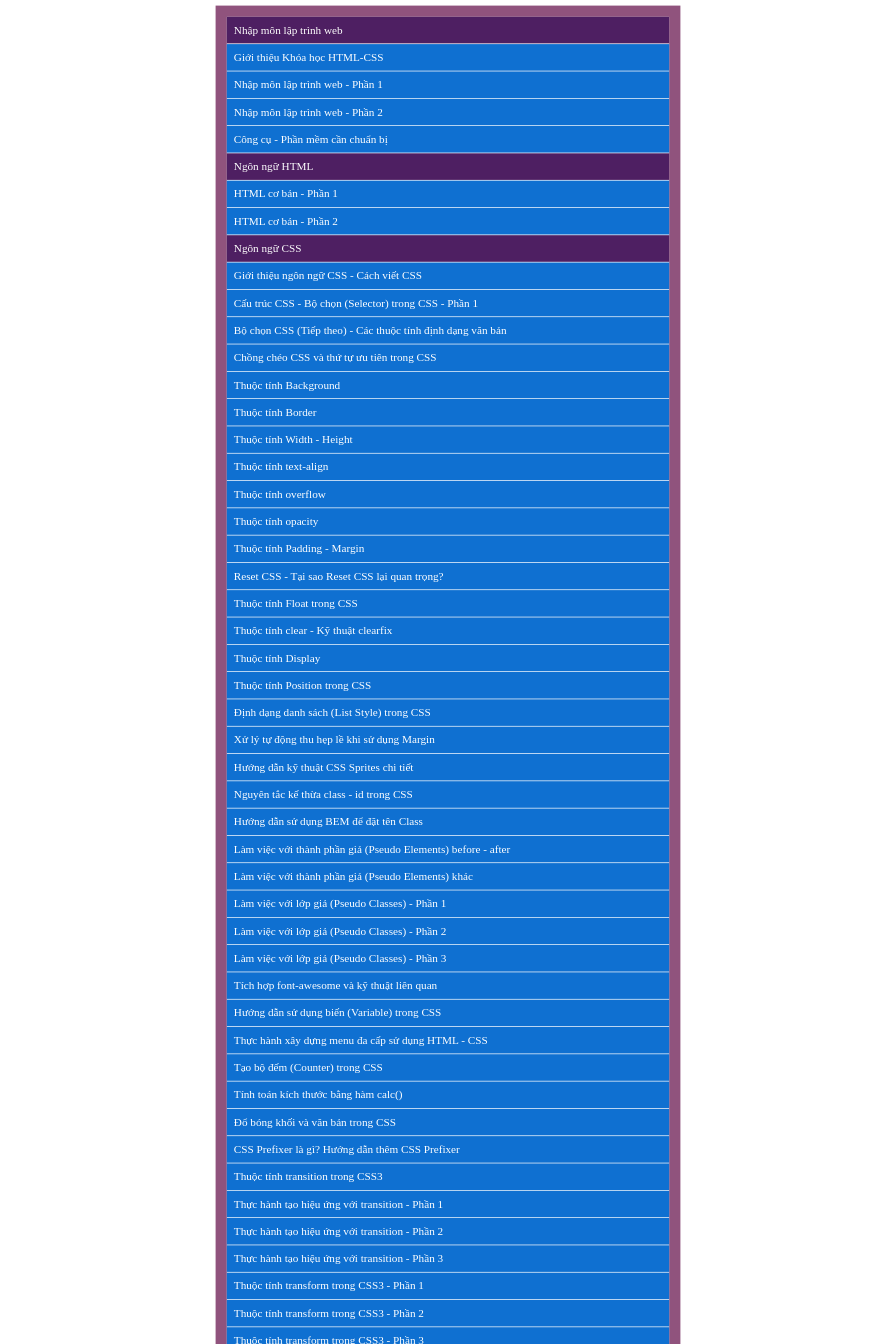
Repository: Dongnguyen318/Quydong
Page: Day 29/index.html
These files come from the project's save history. The page is drawn as it stood at one moment and after the next save; the edit follows.
The browser window is 1280 px wide. The pictures show the part of the page from y = 0 to 1920 px (the page is 4650 px tall), at 70% of full size.

Above is the page before, as saved 2023-10-01 00:54:23.

### Day 29/index.html
<!DOCTYPE html>
<html>
  <head>
    <link rel="stylesheet" href="./css.css" />
  </head>
  <body>
    <div class="list-hidden"></div>
    <div id="dragList" class="list">
      <div class="active list-item" draggable="true">
        Nhập môn lập trình web
      </div>
      <div class="list-item" draggable="true">Giới thiệu Khóa học HTML-CSS</div>
      <div class="list-item" draggable="true">
        Nhập môn lập trình web - Phần 1
      </div>
      <div class="list-item" draggable="true">
        Nhập môn lập trình web - Phần 2
      </div>
      <div class="list-item" draggable="true">
        Công cụ - Phần mềm cần chuẩn bị
      </div>
      <div class="active list-item" draggable="true">Ngôn ngữ HTML</div>
      <div class="list-item" draggable="true">HTML cơ bản - Phần 1</div>
      <div class="list-item" draggable="true">HTML cơ bản - Phần 2</div>
      <div class="active list-item" draggable="true">Ngôn ngữ CSS</div>
      <div class="list-item" draggable="true">
        Giới thiệu ngôn ngữ CSS - Cách viết CSS
      </div>
      <div class="list-item" draggable="true">
        Cấu trúc CSS - Bộ chọn (Selector) trong CSS - Phần 1
      </div>
      <div class="list-item" draggable="true">
        Bộ chọn CSS (Tiếp theo) - Các thuộc tính định dạng văn bản
      </div>
      <div class="list-item" draggable="true">
        Chồng chéo CSS và thứ tự ưu tiên trong CSS
      </div>
      <div class="list-item" draggable="true">Thuộc tính Background</div>
      <div class="list-item" draggable="true">Thuộc tính Border</div>
      <div class="list-item" draggable="true">Thuộc tính Width - Height</div>
      <div class="list-item" draggable="true">Thuộc tính text-align</div>
      <div class="list-item" draggable="true">Thuộc tính overflow</div>
      <div class="list-item" draggable="true">Thuộc tính opacity</div>
      <div class="list-item" draggable="true">Thuộc tính Padding - Margin</div>
      <div class="list-item" draggable="true">
        Reset CSS - Tại sao Reset CSS lại quan trọng?
      </div>
      <div class="list-item" draggable="true">Thuộc tính Float trong CSS</div>
      <div class="list-item" draggable="true">
        Thuộc tính clear - Kỹ thuật clearfix
      </div>
      <div class="list-item" draggable="true">Thuộc tính Display</div>
      <div class="list-item" draggable="true">
        Thuộc tính Position trong CSS
      </div>
      <div class="list-item" draggable="true">
        Định dạng danh sách (List Style) trong CSS
      </div>
      <div class="list-item" draggable="true">
        Xử lý tự động thu hẹp lề khi sử dụng Margin
      </div>
      <div class="list-item" draggable="true">
        Hướng dẫn kỹ thuật CSS Sprites chi tiết
      </div>
      <div class="list-item" draggable="true">
        Nguyên tắc kế thừa class - id trong CSS
      </div>
      <div class="list-item" draggable="true">
        Hướng dẫn sử dụng BEM để đặt tên Class
      </div>
      <div class="list-item" draggable="true">
        Làm việc với thành phần giả (Pseudo Elements) before - after
      </div>
      <div class="list-item" draggable="true">
        Làm việc với thành phần giả (Pseudo Elements) khác
      </div>
      <div class="list-item" draggable="true">
        Làm việc với lớp giả (Pseudo Classes) - Phần 1
      </div>
      <div class="list-item" draggable="true">
        Làm việc với lớp giả (Pseudo Classes) - Phần 2
      </div>
      <div class="list-item" draggable="true">
        Làm việc với lớp giả (Pseudo Classes) - Phần 3
      </div>
      <div class="list-item" draggable="true">
        Tích hợp font-awesome và kỹ thuật liên quan
      </div>
      <div class="list-item" draggable="true">
        Hướng dẫn sử dụng biến (Variable) trong CSS
      </div>
      <div class="list-item" draggable="true">
        Thực hành xây dựng menu đa cấp sử dụng HTML - CSS
      </div>
      <div class="list-item" draggable="true">
        Tạo bộ đếm (Counter) trong CSS
      </div>
      <div class="list-item" draggable="true">
        Tính toán kích thước bằng hàm calc()
      </div>
      <div class="list-item" draggable="true">
        Đổ bóng khối và văn bản trong CSS
      </div>
      <div class="list-item" draggable="true">
        CSS Prefixer là gì? Hướng dẫn thêm CSS Prefixer
      </div>
      <div class="list-item" draggable="true">
        Thuộc tính transition trong CSS3
      </div>
      <div class="list-item" draggable="true">
        Thực hành tạo hiệu ứng với transition - Phần 1
      </div>
      <div class="list-item" draggable="true">
        Thực hành tạo hiệu ứng với transition - Phần 2
      </div>
      <div class="list-item" draggable="true">
        Thực hành tạo hiệu ứng với transition - Phần 3
      </div>
      <div class="list-item" draggable="true">
        Thuộc tính transform trong CSS3 - Phần 1
      </div>
      <div class="list-item" draggable="true">
        Thuộc tính transform trong CSS3 - Phần 2
      </div>
      <div class="list-item" draggable="true">
        Thuộc tính transform trong CSS3 - Phần 3
      </div>
      <div class="list-item" draggable="true">
        Background Gradient trong CSS3
      </div>
      <div class="list-item" draggable="true">
        Kỹ thuật làm việc với flexbox - Phần 1
      </div>
      <div class="list-item" draggable="true">
        Kỹ thuật làm việc với flexbox - Phần 2
      </div>
      <div class="list-item" draggable="true">
        Kỹ thuật làm việc với flexbox - Phần 3
      </div>
      <div class="list-item" draggable="true">
        Thực hành với flexbox - Phần 1
      </div>
      <div class="list-item" draggable="true">
        Thực hành với flexbox - Phần 2
      </div>
      <div class="list-item" draggable="true">
        Kỹ thuật dựng layout với Grid CSS3
      </div>
      <div class="list-item" draggable="true">
        Tạo hiệu ứng với Animate trong CSS3
      </div>
      <div class="list-item" draggable="true">
        Thực hành tạo hiệu ứng với Animation trong CSS3 - Phần 1
      </div>
      <div class="list-item" draggable="true">
        Thực hành tạo hiệu ứng với Animation trong CSS3 - Phần 2
      </div>
      <div class="list-item" draggable="true">
        Tích hợp và sử dụng thư viện animate.css để tạo hiệu ứng
      </div>
      <div class="list-item" draggable="true">
        Tự xây dựng Grid System để dựng layout với CSS - Phần 1
      </div>
      <div class="list-item" draggable="true">
        Tự xây dựng Grid System để dựng layout với CSS - Phần 2
      </div>
      <div class="active list-item" draggable="true">Responsive Web Design</div>
      <div class="list-item" draggable="true">
        Tổng quan về Responsive Web Design
      </div>
      <div class="list-item" draggable="true">
        Hướng dẫn code Media Queries CSS3
      </div>
      <div class="list-item" draggable="true">
        Tối ưu Responsive Grid System - Phần 1
      </div>
      <div class="list-item" draggable="true">
        Tối ưu Responsive Grid System - Phần 2
      </div>
      <div class="list-item" draggable="true">
        Xây dựng menu responsive chỉ với CSS
      </div>
      <div class="active list-item" draggable="true">
        Xây dựng dự án Nature từ A - Z
      </div>
      <div class="list-item" draggable="true">
        Tổng quan và hướng dẫn xây dựng dự án
      </div>
      <div class="list-item" draggable="true">
        Phân tích và tạo cấu trúc files, folder
      </div>
      <div class="list-item" draggable="true">
        Cài đặt công cụ - Thiết lập load file header - footer
      </div>
      <div class="list-item" draggable="true">
        Thiết lập định dạng chung cho file reset.css - base.css
      </div>
      <div class="list-item" draggable="true">Xây dựng Header - Phần 1</div>
      <div class="list-item" draggable="true">Xây dựng Header - Phần 2</div>
      <div class="list-item" draggable="true">Xây dựng Header - Phần 3</div>
      <div class="list-item" draggable="true">HomePage - Xây dựng Slider</div>
      <div class="list-item" draggable="true">
        HomePage - Xây dựng Service Section
      </div>
      <div class="list-item" draggable="true">
        HomePage - Xây dựng Gallery Ảnh
      </div>
      <div class="list-item" draggable="true">
        HomePage - Xây dựng Product Box - Phần 1
      </div>
      <div class="list-item" draggable="true">
        HomePage - Xây dựng Product Box - Phần 2
      </div>
      <div class="list-item" draggable="true">
        HomePage - Xây dựng Product Box - Phần 3
      </div>
      <div class="list-item" draggable="true">
        HomePage - Xây dựng Product Box - Phần 4
      </div>
      <div class="list-item" draggable="true">
        HomePage - Xây dựng Testimonials Box
      </div>
      <div class="list-item" draggable="true">
        HomePage - Xây dựng Support Box
      </div>
      <div class="list-item" draggable="true">HomePage - Xây dựng News Box</div>
      <div class="list-item" draggable="true">
        HomePage - Xây dựng Brand Box
      </div>
      <div class="list-item" draggable="true">Xây dựng Footer - Phần 1</div>
      <div class="list-item" draggable="true">Xây dựng Footer - Phần 2</div>
      <div class="list-item" draggable="true">
        Xây dựng nút Back To Top Animate
      </div>
      <div class="list-item" draggable="true">
        HomePage - Tối ưu Responsive - Phần 1
      </div>
      <div class="list-item" draggable="true">
        HomePage - Tối ưu Responsive - Phần 2
      </div>
      <div class="list-item" draggable="true">
        HomePage - Tối ưu Responsive - Phần 3
      </div>
      <div class="list-item" draggable="true">
        Category Page - Xây dựng Breadcrumbs
      </div>
      <div class="list-item" draggable="true">
        Category Page - Xây dựng Sidebar - Phần 1
      </div>
      <div class="list-item" draggable="true">
        Category Page - Xây dựng Sidebar - Phần 2
      </div>
      <div class="list-item" draggable="true">
        Category Page - Xây dựng Sidebar - Phần 3
      </div>
      <div class="list-item" draggable="true">
        Category Page - Xây dựng Product Filters
      </div>
      <div class="list-item" draggable="true">
        Category Page - Xây dựng Product Box và Phân trang
      </div>
      <div class="list-item" draggable="true">
        Category Page - Tối ưu Responsive
      </div>
      <div class="list-item" draggable="true">Product Detail Page - Phần 1</div>
      <div class="list-item" draggable="true">Product Detail Page - Phần 2</div>
      <div class="list-item" draggable="true">Product Detail Page - Phần 3</div>
      <div class="list-item" draggable="true">Product Detail Page - Phần 4</div>
      <div class="list-item" draggable="true">Product Detail Page - Phần 5</div>
      <div class="list-item" draggable="true">Product Detail Page - Phần 6</div>
      <div class="list-item" draggable="true">
        Product Detail Page - Tối ưu Responsive
      </div>
      <div class="list-item" draggable="true">
        Tối ưu và hoàn thiện dự án Nature
      </div>
      <div class="list-item" draggable="true">
        Thử thách - Hiểu rõ hơn công việc cắt PSD sang HTML-CSS
      </div>
      <div class="active list-item" draggable="true">
        Deployment Github - Server
      </div>
      <div class="list-item" draggable="true">Tổng quan về GIT - GitHub</div>
      <div class="list-item" draggable="true">
        Hướng dẫn đăng ký tài khoản GitHub
      </div>
      <div class="list-item" draggable="true">
        Tạo Repository và Push code lên GitHub
      </div>
      <div class="list-item" draggable="true">
        Tạo GitHub Pages và xuất bản website
      </div>
      <div class="list-item" draggable="true">
        Cập nhật chỉnh sửa lên GitHub
      </div>
      <div class="list-item" draggable="true">
        Thêm tên miền riêng cho GitHub Pages
      </div>
      <div class="list-item" draggable="true">
        Trỏ tên miền qua Cloudflare và kích hoạt HTTPS
      </div>
      <div class="list-item" draggable="true">Thêm Favicon cho website</div>
    </div>

    <script src="./js.js"></script>
  </body>
</html>

### Day 29/css.css
.list {
  list-style: none;
  padding: 0;
  width: 50%;
  margin: auto;
  border: 1rem solid #90537d;
  color: white;
}

.list-item {
  background-color: #0f70d1;
  padding: 10px;
  margin-bottom: 1px;
  cursor: move;
}
.active.list-item {
  background-color: #4e1f62;
}

### Day 29/js.js
const dragList = document.getElementById("dragList");
let draggedItem = null;

// Add event listeners for drag and drop events
dragList.addEventListener("dragstart", handleDragStart);
dragList.addEventListener("dragover", handleDragOver);
dragList.addEventListener("drop", handleDrop);

// Drag start event handler
function handleDragStart(event) {
  draggedItem = event.target;
  event.dataTransfer.effectAllowed = "move";
  event.dataTransfer.setData("text/html", draggedItem.innerHTML);
  event.target.style.opacity = "0.5";
}

// Drag over event handler
function handleDragOver(event) {
  event.preventDefault();
  event.dataTransfer.dropEffect = "move";
  const targetItem = event.target;
  if (
    targetItem !== draggedItem &&
    targetItem.classList.contains("list-item")
  ) {
    const boundingRect = targetItem.getBoundingClientRect();
    const offset = boundingRect.y + boundingRect.height / 2;

    if (
      targetItem !== draggedItem &&
      targetItem.classList.contains("list-item")
    ) {
      if (
        event.clientY >
        targetItem.getBoundingClientRect().top + targetItem.offsetHeight / 2
      ) {
        targetItem.parentNode.insertBefore(draggedItem, targetItem.nextSibling);
      } else {
        targetItem.parentNode.insertBefore(draggedItem, targetItem);
      }
    }
  }
}

// Drop event handler
function handleDrop(event) {
  event.preventDefault();
  const targetItem = event.target;
  if (
    targetItem !== draggedItem &&
    targetItem.classList.contains("list-item")
  ) {
    if (
      event.clientY >
      targetItem.getBoundingClientRect().top + targetItem.offsetHeight / 2
    ) {
      targetItem.parentNode.insertBefore(draggedItem, targetItem.nextSibling);
    } else {
      targetItem.parentNode.insertBefore(draggedItem, targetItem);
    }
  }
  targetItem.style.borderTop = "";
  targetItem.style.borderBottom = "";
  draggedItem.style.opacity = "";
  draggedItem = null;
  autoIndex(false);
}

After the next save:
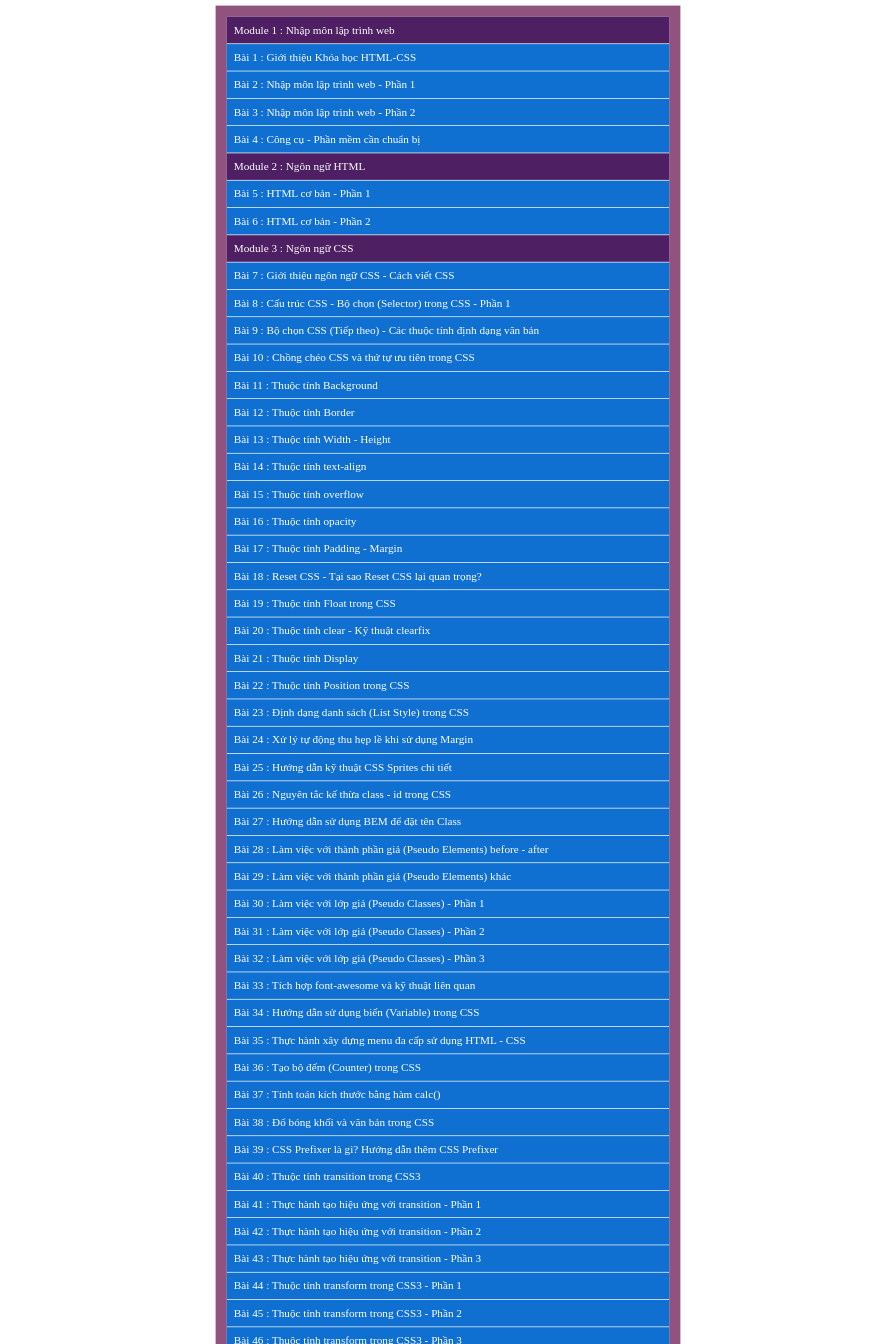
Saved 18 s later.
--- a/Day 29/js.js
+++ b/Day 29/js.js
@@ -65,3 +65,26 @@ function handleDrop(event) {
   draggedItem = null;
   autoIndex(false);
 }
+const autoIndex = function (isFirstLoad) {
+  //auto index for all module
+  const modules = [...document.querySelectorAll(".list-item.active")];
+  modules.forEach((module, index) => {
+    if (isFirstLoad) {
+      module.innerHTML = `Module <span>${index + 1}</span>  : ${
+        module.innerText
+      }`;
+    } else {
+      module.children[0].innerText = index + 1;
+    }
+  });
+  //auto index for all list-item not index
+  const items = [...document.querySelectorAll(".list-item:not(.active)")];
+  items.forEach((item, index) => {
+    if (isFirstLoad) {
+      item.innerHTML = `Bài <span>${index + 1}</span> : ${item.innerText} `;
+    } else {
+      item.children[0].innerText = index + 1;
+    }
+  });
+};
+autoIndex(true);

After the save that followed:
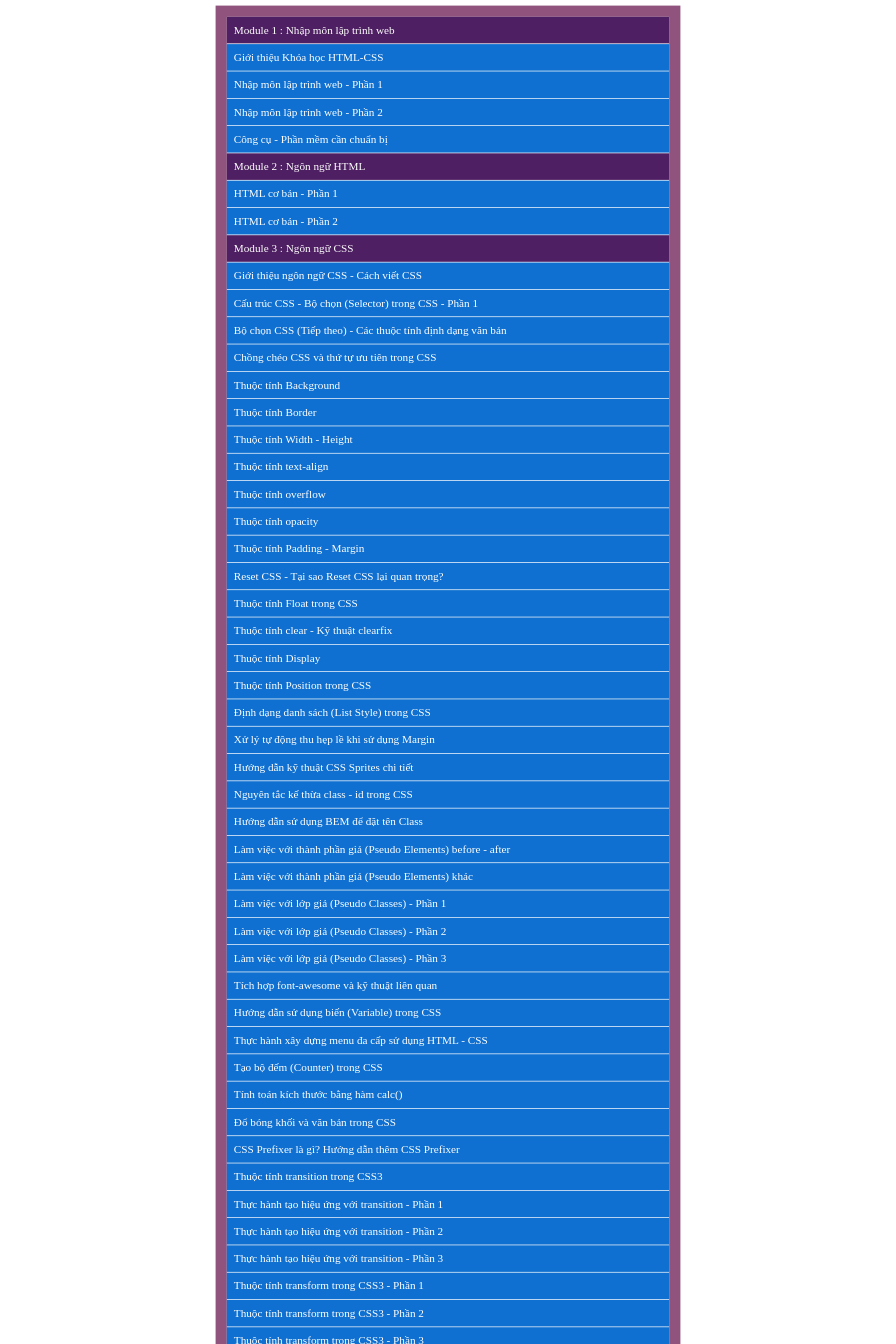
Saved 22 s later.
--- a/Day 29/js.js
+++ b/Day 29/js.js
@@ -77,14 +77,14 @@ const autoIndex = function (isFirstLoad) {
       module.children[0].innerText = index + 1;
     }
   });
-  //auto index for all list-item not index
-  const items = [...document.querySelectorAll(".list-item:not(.active)")];
-  items.forEach((item, index) => {
-    if (isFirstLoad) {
-      item.innerHTML = `Bài <span>${index + 1}</span> : ${item.innerText} `;
-    } else {
-      item.children[0].innerText = index + 1;
-    }
-  });
+  //   //auto index for all list-item not index
+  //   const items = [...document.querySelectorAll(".list-item:not(.active)")];
+  //   items.forEach((item, index) => {
+  //     if (isFirstLoad) {
+  //       item.innerHTML = `Bài <span>${index + 1}</span> : ${item.innerText} `;
+  //     } else {
+  //       item.children[0].innerText = index + 1;
+  //     }
+  //   });
 };
 autoIndex(true);
